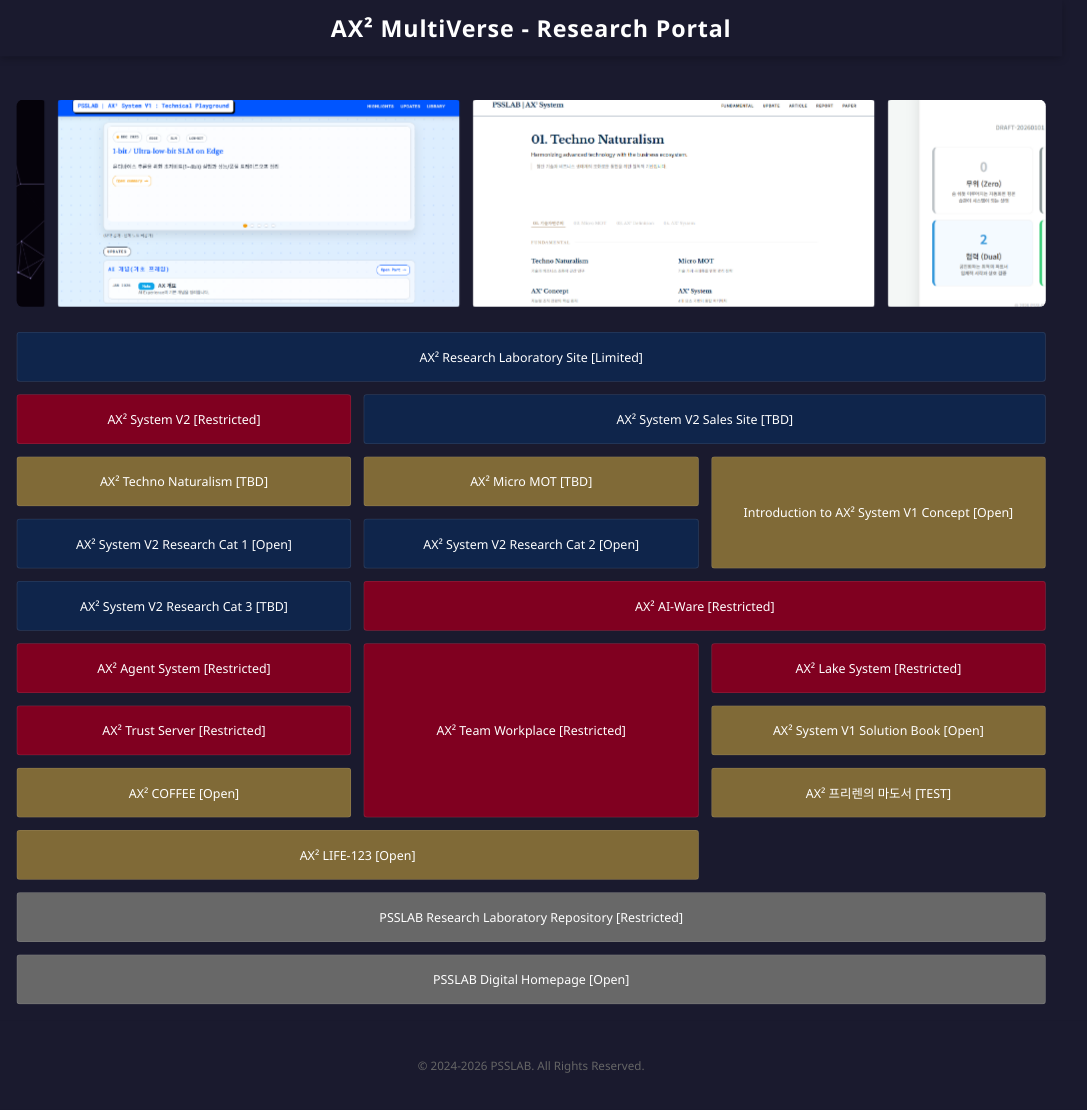
Repository: hycse89/PSSLAB_OpenSite
Page: psslab_multiverse_v3.html
An editor plug-in stored every save of this project. The page is shown before and after a run of saves, followed by the edit.
The browser window is 1280 px wide. The page is 1310 px wide, so the pictures cover 1310 px, including what lies to the right of the window. The pictures show the whole page, at 83% of full size.

Above is the page before, as saved 2026-01-11 21:47:13.

After the next 2 saves:
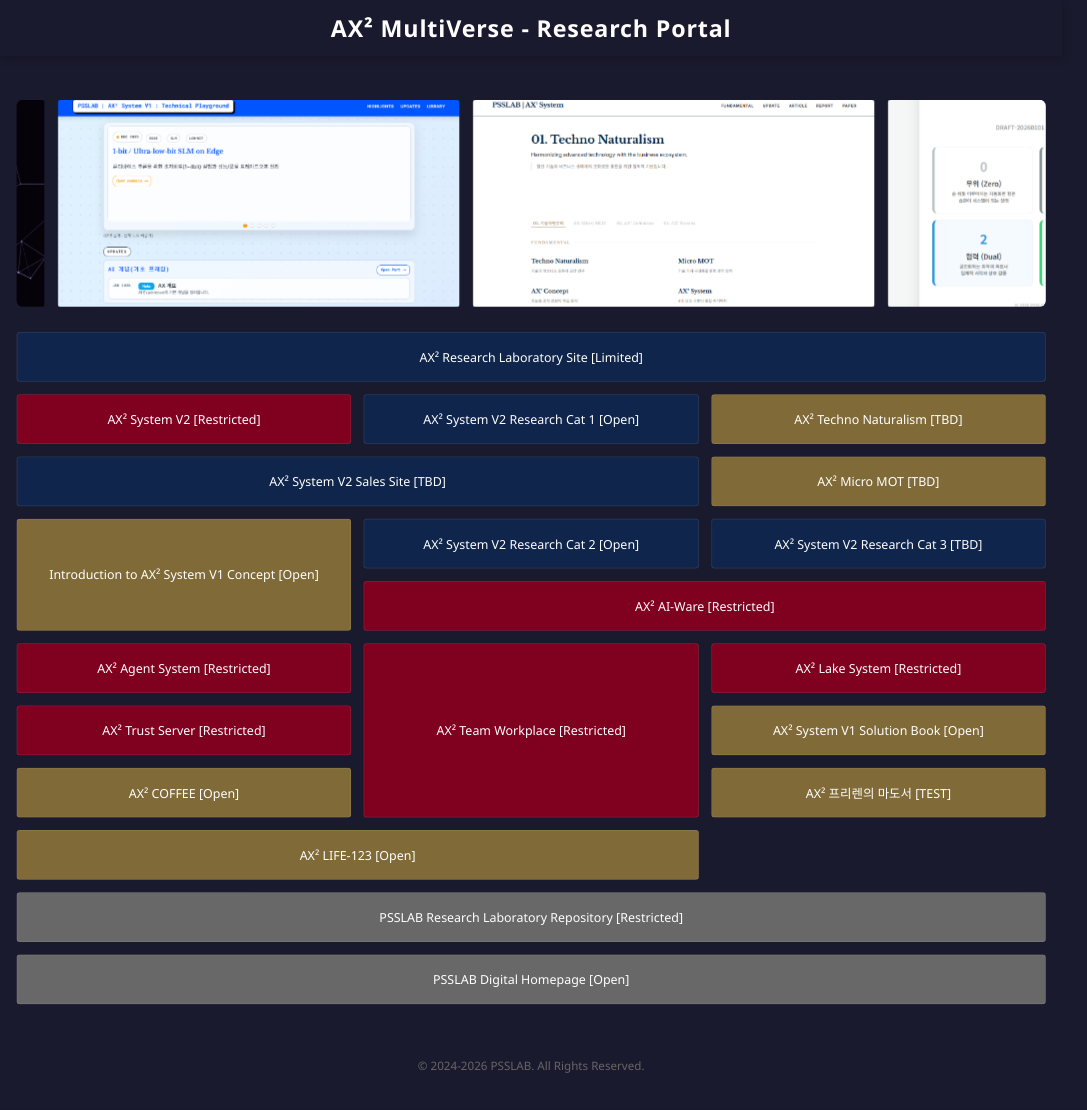
The 2 saves are shown as one change because they came seconds apart.
The last was saved 9 s later.
--- a/psslab_multiverse_v3.html
+++ b/psslab_multiverse_v3.html
@@ -187,6 +187,7 @@
             <a href="https://hycse89.github.io/PSSLAB_OpenSite/ax2_research_lab/" class="link-button color-1 w-3 h-1">AX² Research Laboratory Site [Limited]</a>
 
             <a href="http://localhost:8008" class="link-button color-2 h-1">AX² System V2 [Restricted]</a>
+            <a href="ax2_v1_20260101/index.html" class="link-button color-1 h-1">AX² System V2 Research Cat 1 [Open]</a>
 
 
             <a href="ax2_sales/index.html" class="link-button color-1 w-2 h-1">AX² System V2 Sales Site [TBD]</a>
@@ -196,7 +197,6 @@
 
             <a href="ax2_v1_concept/ax2_homepage.html" class="link-button color-3 h-2">Introduction to AX² System V1 Concept [Open]</a>
 
-            <a href="ax2_v1_20260101/index.html" class="link-button color-1 h-1">AX² System V2 Research Cat 1 [Open]</a>
             <a href="ax2_v2_20260101/index.html" class="link-button color-1 h-1">AX² System V2 Research Cat 2 [Open]</a>
             <a href="ax2_v3_20260101/index.html" class="link-button color-1 h-1">AX² System V2 Research Cat 3 [TBD]</a>
 
